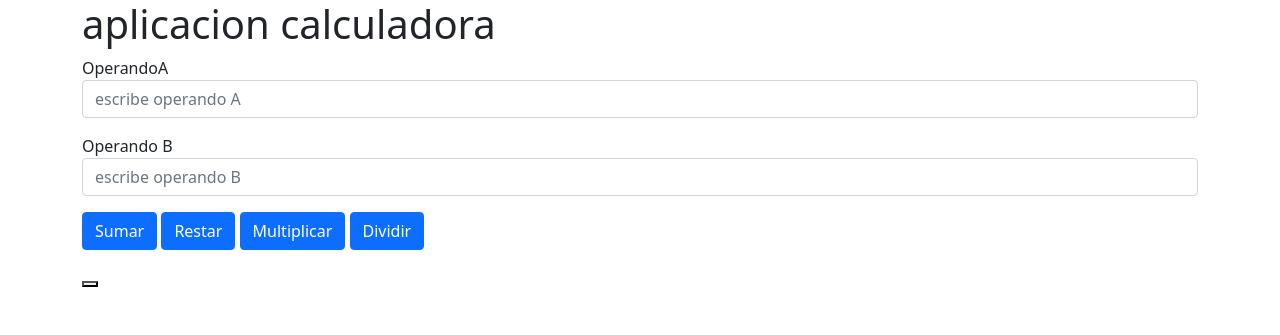
Repository: iwinser117/dw
Page: javascript udemy 43/ejercices/calculadora/index.html
The author's editor kept a copy of each file at every save. The page is drawn from the files as they stood at one save, then again after a run of saves.
The browser window is 1280 px wide. The pictures show the whole page.

Above is the page before, as saved 2022-10-02 12:31:19.

### javascript udemy 43/ejercices/calculadora/index.html
<!doctype html>
<html>

<head>
    <meta charset="utf-8">
    <meta name="viewport" content="width=device-width, initial-scale=1">
    <link href="https://cdn.jsdelivr.net/npm/bootstrap@5.1.3/dist/css/bootstrap.min.css" rel="stylesheet"
        integrity="sha384-1BmE4kWBq78iYhFldvKuhfTAU6auU8tT94WrHftjDbrCEXSU1oBoqyl2QvZ6jIW3" crossorigin="anonymous">

    <title>aplicacion calculadora</title>
</head>

<body>
    <div class="container">
        <h1 class="display-3s">aplicacion calculadora</h1>

        <form id="forma">
            <div class="mb-3">
                <label for="operandoA">OperandoA</label>
                <input type="number"  class="form-control" id="operandoA" placeholder="escribe operando A">
            </div>
            <div class="mb-3">
                <label for="operandoB">Operando B</label>
                <input type="number" class="form-control" placeholder="escribe operando B" id="operandoB">
            </div>


    </form>

    <div class="btn-fcn" >
        <button class="btn btn-primary mb-3" onclick="sumar()">Sumar</button>

        <button class="btn btn-primary mb-3" onclick="restar()">Restar</button>

        <button class="btn btn-primary mb-3" onclick="multiplicar()">Multiplicar</button>

        <button class="btn btn-primary mb-3" onclick="dividir()">Dividir</button>


    </div>
    <button type="reset" value="Borrar"></button>

    <div id="resultado"></div>
    <div id="resultadoResta"></div>
    <div id="resultadoMultiplicar"></div>
    <div id="resultadoDivision"></div>


    </div>
    </div>


    <script src="https://cdn.jsdelivr.net/npm/bootstrap@5.1.3/dist/js/bootstrap.bundle.min.js"
        integrity="sha384-ka7Sk0Gln4gmtz2MlQnikT1wXgYsOg+OMhuP+IlRH9sENBO0LRn5q+8nbTov4+1p"
        crossorigin="anonymous"></script>
    <script src="js/app.js"></script>
</body>

</html>

### javascript udemy 43/ejercices/calculadora/js/app.js
const forma = document.getElementById(`forma`);
let operandoA = forma[`operandoA`];
let operandoB = forma[`operandoB`];




function sumar(){
    let resultado = parseInt(operandoA.value) + parseInt(operandoB.value);
    if (isNaN(resultado))
        resultado = `la operacion le faltan numeros`;
    document.getElementById(`resultado`).innerHTML = `resultado de la suma es : ${resultado}`;
    console.log(`resultado de la suma es : ${resultado}`);
}



function restar(){
    let resultadoResta = parseInt(operandoA.value) - parseInt(operandoB.value);
    if (isNaN(resultadoResta))
        resultadoResta = `la operacion le faltan numeros`;
    document.getElementById(`resultadoResta`).innerHTML = `resultado de la resta es : ${resultadoResta}`;
    console.log(`resultado de la resta es : ${resultadoResta}`);
}
function multiplicar(){
    let resultadoMultiplicar = parseInt(operandoA.value) * parseInt(operandoB.value);
    if (isNaN(resultadoMultiplicar))
        resultadoMultiplicar = `la operacion le faltan numeros`;
    document.getElementById(`resultadoMultiplicar`).innerHTML = `resultado de la multiplicacion es : ${resultadoMultiplicar}`;
    console.log(`resultado de la multiplicacion es : ${resultadoMultiplicar}`);
}

function dividir(){
    let resultadoDivision= parseInt(operandoA.value) / parseInt(operandoB.value);
    if (isNaN(resultadoDivision))
        resultadoDivision = `la operacion le faltan numeros`;
    document.getElementById(`resultadoDivision`).innerHTML = `resultado de la division es : ${resultadoDivision}`;
    console.log(`resultado de la division es : ${resultadoDivision}`);
}

After the next 2 saves:
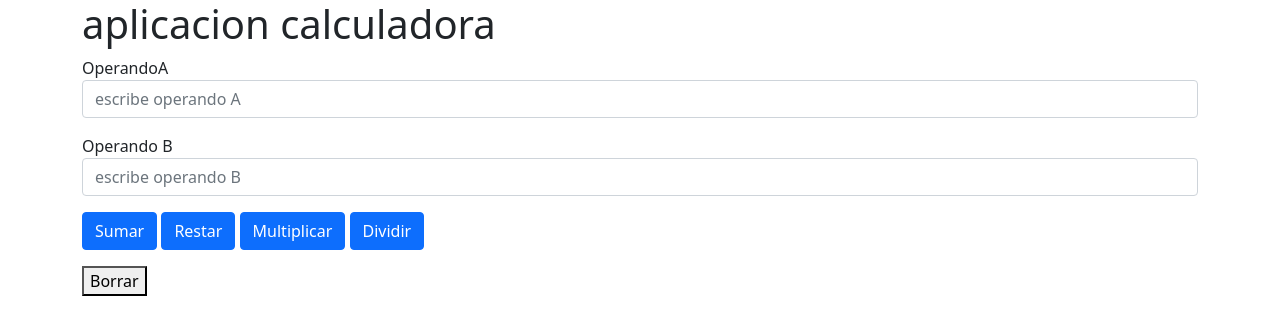
The 2 saves are shown as one change because they came seconds apart.
The last was saved 8 s later.
--- a/javascript udemy 43/ejercices/calculadora/index.html
+++ b/javascript udemy 43/ejercices/calculadora/index.html
@@ -38,7 +38,7 @@
 
 
     </div>
-    <button type="reset" value="Borrar"></button>
+    <button type="reset" value="Borrar">Borrar</button>
 
     <div id="resultado"></div>
     <div id="resultadoResta"></div>
